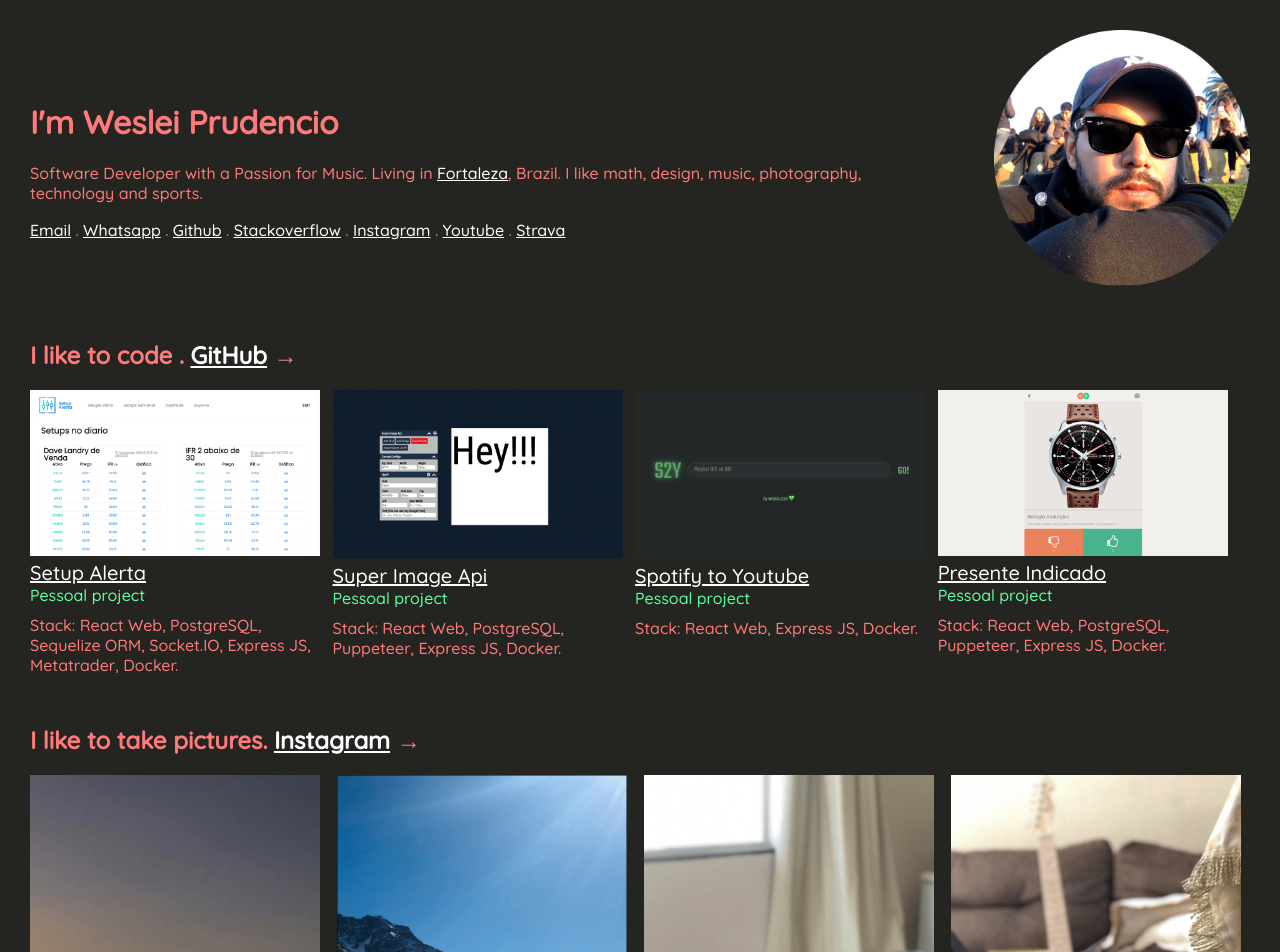
Repository: wprudencio/mywebsite
Page: index_src.html
An editor plug-in stored every save of this project. The page is shown before and after the next save, followed by the edit.
The browser window is 1280 px wide. The pictures show the part of the page from y = 0 to 952 px (the page is 2030 px tall).

Above is the page before, as saved 2021-04-15 21:30:12.

### index_src.html
<!DOCTYPE html>
<html lang="en">
  <head>
    <meta charset="UTF-8" />
    <meta name="viewport" content="width=device-width, initial-scale=1.0" />
    <meta http-equiv="X-UA-Compatible" content="ie=edge" />
    <meta name="description" content="Software Developer with a Passion for Music. I like math, design, music, photography, technology and sports.">
    <meta name="keywords" content="Software Engineer,nodejs,node,node.js,javascript,react,react-native,react,postgree,dokku,docker,css,html,fullstack,fullstack developer">
    <title>Weslei Prudencio - Fullstack Developer</title>
    <link rel="stylesheet" type="text/css" href="style.css" />
    <link rel="preconnect" href="https://fonts.gstatic.com" />
    <link rel="shortcut icon" href="img/favicon.ico">
    <link
      href="https://fonts.googleapis.com/css2?family=Quicksand:wght@500&display=swap"
      rel="stylesheet"
    />
  </head>
  <body>
    <div class="header">
      <div class="titles">
        <h1 class="title">I'm Weslei Prudencio</h1>
        <div class="subtile subcolor">
          Software Developer with a Passion for Music. Living in <a target="_blank" href="https://www.google.com/maps/search/fortaleza/@-3.7402515,-38.5448821,14.12z">Fortaleza</a>,
          Brazil. I like math, design, music, photography, technology and sports.
        </div>
        <div class="social-links">
          <a target="_blank" href="/img/contactme.png">Email</a> . <a target="_blank" href="https://api.whatsapp.com/send?phone=+5585997731370&text=hey!"> Whatsapp</a> . <a target="_blank" href="https://github.com/wprudencio">Github</a> .
          <a target="_blank" href="https://stackoverflow.com/users/1723176/weslei-prudencio">Stackoverflow</a> . <a target="_blank" href="https://www.instagram.com/wesprudencio/">Instagram</a> .
          <a target="_blank" href="https://www.youtube.com/user/wesleiwpa">Youtube</a> . <a target="_blank" href="https://www.strava.com/athletes/46133690">Strava</a>
        </div>
      </div>
      <div class="profile-picture"><img src="./img/weslei.png" /></div>
    </div>

    <section class="code">
      <h1 class="title">
        I like to code . <a href="https://github.com/wprudencio" target="_blank" class="subcolor">GitHub</a>
        <span class="hide-on-mobile">→</span>
      </h1>
      <div class="hide-on-mobile">

        <div class="code-content">
          <img src="img/screenshot_setupalerta.png" width="300" />
          <div class="title"><a class="title" href="https://www.setupalerta.com.br">Setup Alerta</a></div>
          <div class="subtitle">Pessoal project</div>
          <div class="description">
            Stack: React Web, PostgreSQL, Sequelize ORM, Socket.IO, Express JS, Metatrader, Docker.
          </div>
        </div>
        <div class="code-content">
          <img src="img/screenshot_superimageapi.png" width="300" />
          <div class="title"><a class="title" href="https://superimageapi.weslei.com/">Super Image Api</a></div>
          <div class="subtitle">Pessoal project</div>
          <div class="description">
            Stack: React Web, PostgreSQL, Puppeteer, Express JS, Docker.
          </div>
        </div>
        <div class="code-content">
          <img src="img/screenshot_s2y.png" width="300" />
          <div class="title"><a class="title" href="https://spotifytoyoutube.weslei.com/">Spotify to Youtube</a></div>
          <div class="subtitle">Pessoal project</div>
          <div class="description">
            Stack: React Web, Express JS, Docker.
          </div>
        </div>
        <div class="code-content">
          <img src="img/screenshot_presenteindicado.png" width="300" />
          <div class="title"><a class="title" href="https://presenteindicado.herokuapp.com/">Presente Indicado</a></div>
          <div class="subtitle">Pessoal project</div>
          <div class="description">
            Stack: React Web, PostgreSQL, Puppeteer, Express JS, Docker.
          </div>
        </div>

        <!-- <div class="code-content">
          <img src="img/screenshot_s2y.png" width="300" />
          <div class="title">Setup Alerta</div>
          <div class="subtitle">Pessoal project</div>
          <div class="description">
            Software Developer with a Passion for Design. Living in Fortaleza,
            Brazil. I like math, design, technology, and found in software
            development the perfect balance. Django
          </div>
        </div> -->
      </div>
    </section>

    <section class="photo">
      <h1 class="title">
        I like to take pictures. <a href="https://www.instagram.com/wesprudencio/" target="_blank" class="subcolor">Instagram</a href="">
        <span class="hide-on-mobile">→</span>
      </h1>
      <div class="section-content hide-on-mobile">
        <img src="img/photo1.png" />
        <img src="img/photo2.png" />
        <img src="img/photo3.png" />
        <img src="img/photo4.png" />
      </div>
    </section>
    <section class="music">
      <h1 class="title">
        I like to play . <a href="https://www.youtube.com/user/wesleiwpa" target="_blank" class="subcolor">YouTube</a>
        <span class="hide-on-mobile">→</span>
      </h1>
      <div class="section-content hide-on-mobile">
        <iframe
          src="https://www.youtube.com/embed/yPIpGEmBJB4"
          frameborder="0"
          allow="accelerometer; autoplay; clipboard-write; encrypted-media; gyroscope; picture-in-picture"
          allowfullscreen
        ></iframe>
        <iframe
          src="https://www.youtube.com/embed/cLxHDwdbUxs"
          frameborder="0"
          allow="accelerometer; autoplay; clipboard-write; encrypted-media; gyroscope; picture-in-picture"
          allowfullscreen
        ></iframe>
        <iframe
          src="https://www.youtube.com/embed/GoNQzONj6T8"
          frameborder="0"
          allow="accelerometer; autoplay; clipboard-write; encrypted-media; gyroscope; picture-in-picture"
          allowfullscreen
        ></iframe>
        <iframe
          src="https://www.youtube.com/embed/zvhm4AExjm4"
          frameborder="0"
          allow="accelerometer; autoplay; clipboard-write; encrypted-media; gyroscope; picture-in-picture"
          allowfullscreen
        ></iframe>
      </div>
    </section>

    <footer>Made with love in 🇧🇷</footer>


<!-- Global site tag (gtag.js) - Google Analytics -->
<script async src="https://www.googletagmanager.com/gtag/js?id=G-LMNC2LT64Z"></script>
<script>
  window.dataLayer = window.dataLayer || [];
  function gtag(){dataLayer.push(arguments);}
  gtag('js', new Date());

  gtag('config', 'G-LMNC2LT64Z');
</script><!-- Global site tag (gtag.js) - Google Analytics -->
<script async src="https://www.googletagmanager.com/gtag/js?id=G-LMNC2LT64Z"></script>
<script>
  window.dataLayer = window.dataLayer || [];
  function gtag(){dataLayer.push(arguments);}
  gtag('js', new Date());

  gtag('config', 'G-LMNC2LT64Z');
</script>
  </body>
</html>

### style.css
body {
  background-color: #242421;
  font-family: "Quicksand", sans-serif;
  color: #ff7a7a;
  max-width: 1400px;
  margin: 0 auto;
  padding: 30px;
}
section {
  margin-top: 50px;
}
a {
  color: #ffff;
}

.social-links {
  padding-top: 17px;
}

.header {
  display: flex;
  flex-direction: row;
  margin: auto;
}

.code > div {
  display: flex;
}

.code-content {
  max-width: 23.8%;
}

.code-content:not(:first-child) {
  padding-left: 1%;
}

.code-content > img {
  width: 100%;
}

.code-content .title {
  font-size: 20px;
}

.code-content .subtitle {
  color: #62ffa1;
}

.code-content .description {
  margin-top: 10px;
  color: #ff7a7a;
}

.header .titles {
  margin: auto 0;
}

.header .subtile {
  margin-right: 50px;
}

.profile-picture > img {
  width: 256px;
  margin: auto;
}

section.photo img {
  width: 23.8%;

  margin: auto;
}

section.photo img:not(:last-child) {
  padding-right: 1%;
}

section.music iframe {
  width: 23.8%;
  height: 500px;
}

section.music iframe:not(:last-child) {
  padding-right: 1%;
}
footer {
  margin-top: 40px;
}

@media only screen and (min-width: 1077px) {
}

@media only screen and (max-width: 800px) {
  .hide-on-mobile {
    display: none !important;
  }

  .profile-picture > img {
    width: 120px;
    margin: auto;
  }
}

After the next save:
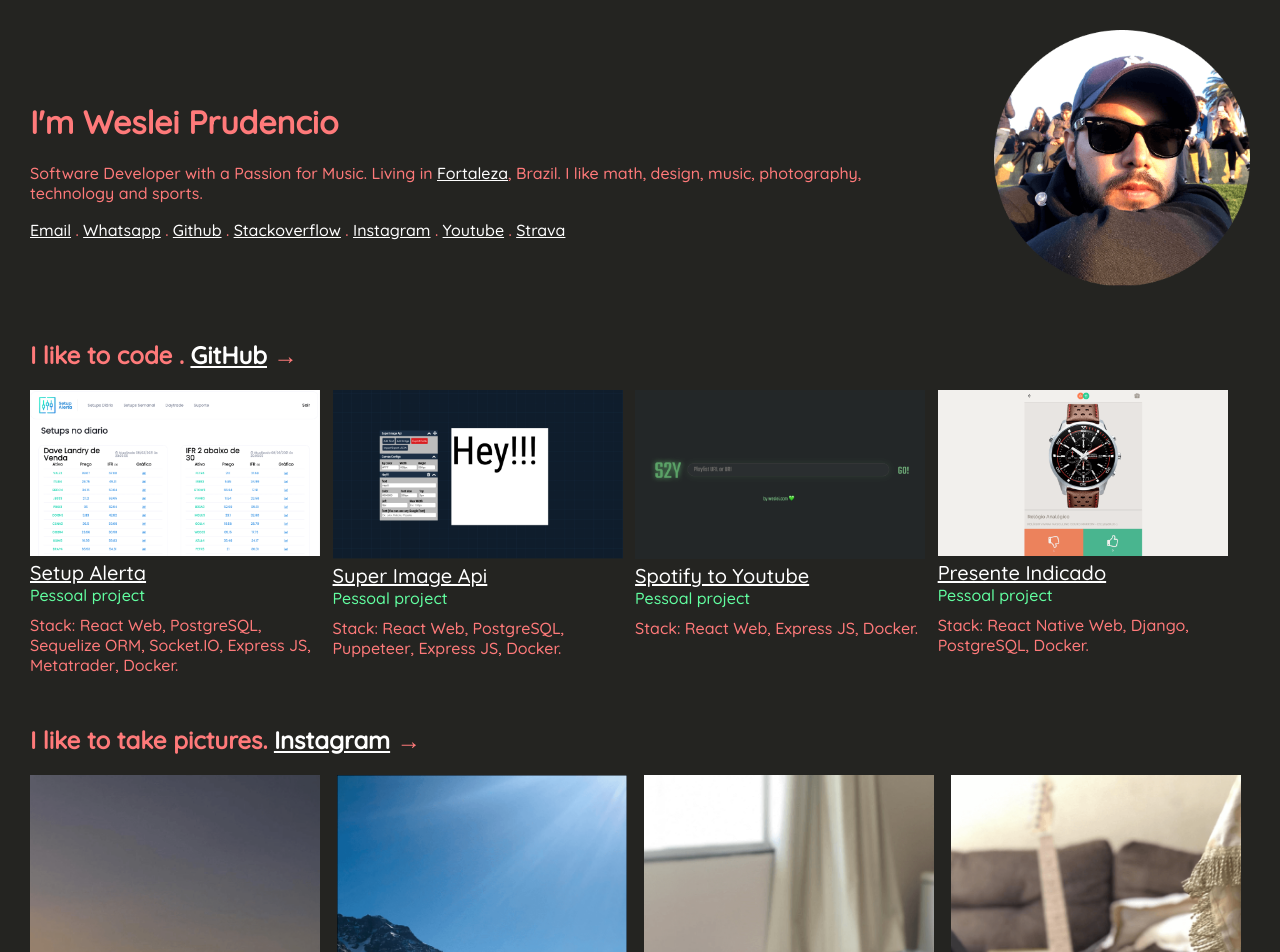
Saved 28 s later.
--- a/index_src.html
+++ b/index_src.html
@@ -68,7 +68,7 @@
           <div class="title"><a class="title" href="https://presenteindicado.herokuapp.com/">Presente Indicado</a></div>
           <div class="subtitle">Pessoal project</div>
           <div class="description">
-            Stack: React Web, PostgreSQL, Puppeteer, Express JS, Docker.
+            Stack: React Native Web, Django, PostgreSQL, Docker.
           </div>
         </div>
 
